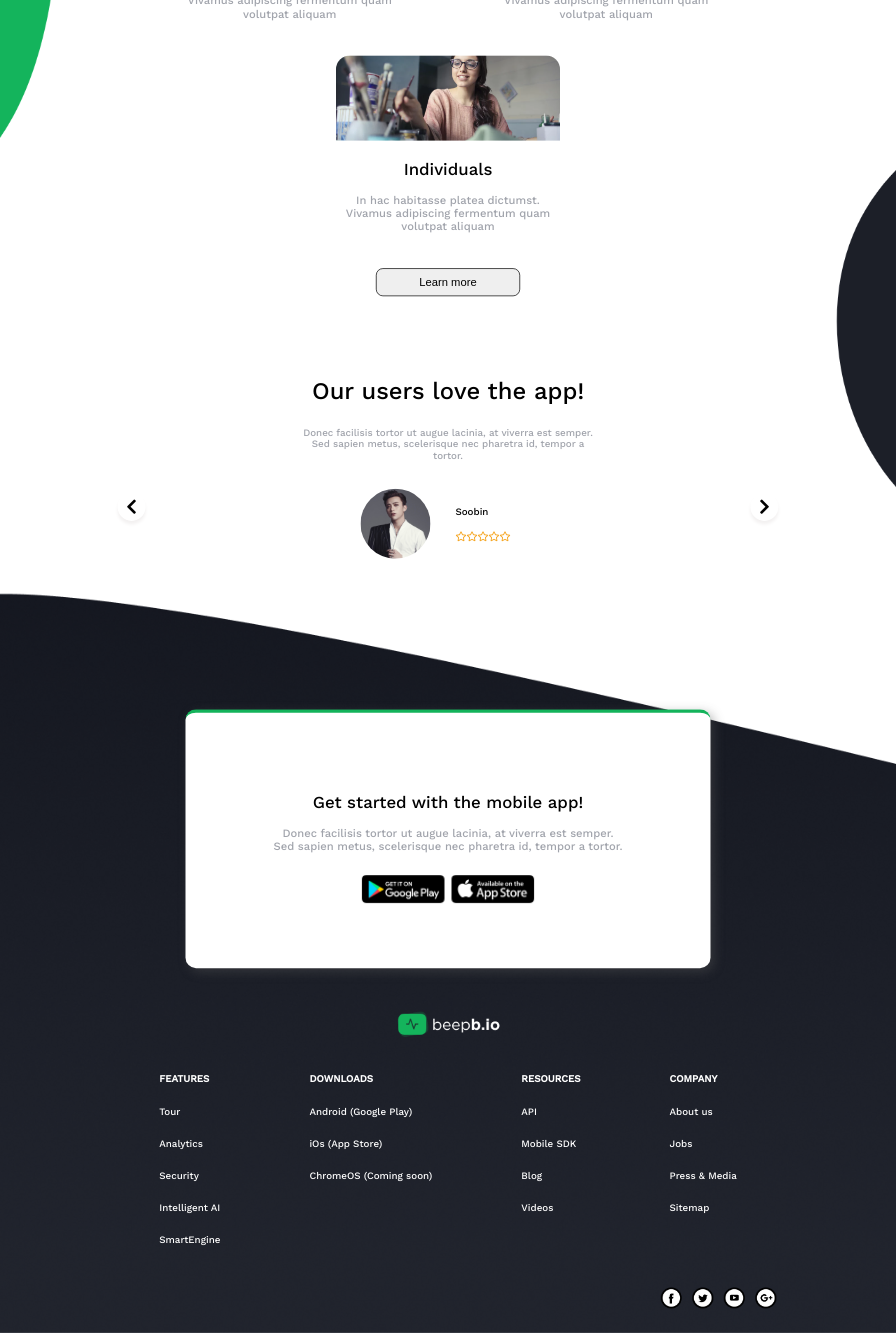
Repository: thinhnguyen347/thinhnguyen347.github.io
Page: cut-html-css/index.html
An editor plug-in stored every save of this project. The page is shown before and after a run of saves, followed by the edit.
The browser window is 1280 px wide. The pictures show the part of the page from y = 2903 to 4823 px (the page is 4807 px tall before and 4823 px after), at 70% of full size.

Above is the page before, as saved 2021-11-14 08:51:01.

### cut-html-css/index.html
<!-- Source: https://www.sketchappsources.com/free-source/3445-mobile-app-landing-page-sketch-freebie-resource.html -->

<!DOCTYPE html>
<html lang="en">

<head>
    <meta charset="UTF-8">
    <meta http-equiv="X-UA-Compatible" content="IE=edge">
    <meta name="viewport" content="width=device-width, initial-scale=1.0">
    <title>Mobile App</title>
    <link rel="shortcut icon" href="https://i.ibb.co/ypjQ3yW/M.png" type="image/x-icon">
    <link rel="stylesheet" href="./css/style.css">
    <link rel="stylesheet" href="./css/style2.css">
    <link rel="stylesheet" type="text/css" href="slick/slick.css" />
    <link rel="stylesheet" href="https://cdnjs.cloudflare.com/ajax/libs/font-awesome/5.15.3/css/all.min.css"
        integrity="sha512-iBBXm8fW90+nuLcSKlbmrPcLa0OT92xO1BIsZ+ywDWZCvqsWgccV3gFoRBv0z+8dLJgyAHIhR35VZc2oM/gI1w=="
        crossorigin="anonymous" />
    <script src="https://ajax.googleapis.com/ajax/libs/jquery/3.6.0/jquery.min.js"></script>

</head>

<body>
    <div class="container1">
        <div class="hero-section">
            <div class="menu-panel-desktop ">
                <div class="logo"><a href="#" target="_self"><img src="img/logo.png" alt="beepb.io" height="40px"></a>
                </div>

                <div class="menu">
                    <ul>
                        <li><a href="#">Features</a></li>
                        <li><a href="#">Benefits</a></li>
                        <li><a href="#">Plans</a></li>
                        <li class="menu-item"><a href="#">Downloads&nbsp;<i class="fas fa-angle-down"></i></a>
                            <ul class="drop-down">
                                <li><a href="#">Android version</a></li>
                                <li><a href="#">iOS version</a></li>
                                <li><a href="#">ChromeOS version</a></li>
                            </ul>
                        </li>
                        <li><a href="#">Support</a></li>
                        <li><button class="get-started fontwhite">Get Started</button></li>
                    </ul>

                </div>
            </div>
            <!-- Mobile menu -->
            <div class="menu-panel-mobile">

                <div class="logo-mobile">
                    <img class="menu-icon" src="https://i.ibb.co/6vzRnYW/menubtn-white.png" alt="menu" width="40px">

                    <a href="#" target="_self"><img src="img/logo.png" alt="beepb.io" height="40px"></a>
                </div>

                <div class="dropdown-mobile-container hide">

                    <div class="dropdown-mobile">
                        <div class="close-btn">
                            <i class="fas fa-times fontwhite"></i>
                        </div>
                        <ul>
                            <li><a href="#">Features</a></li>
                            <li><a href="#">Benefits</a></li>
                            <li><a href="#">Finance</a></li>
                            <li><a href="#">Downloads</a></li>
                            <li><a href="#">Sign In</a></li>
                            <li><button class="get-started-mobile fontwhite">Sign Up</button></li>
                        </ul>
                    </div>
                </div>
            </div>

            <!-- iPhone -->
            <div class="hero-content">
                <div class="hero-content__img">
                    <img class="iphone-x1" src="img/iphone_x.png" alt="mobile-app">
                </div>

                <div class="hero-content__text fontwhite">
                    <h1>Warehouse management</h1>
                    <h1>Made simple.</h1>
                    <p>BeepB lets you take control of your complete ecommerce warehouse and understand how you’re
                        business is holding up.</p>
                    <div class="hero-content__btn">
                        <button class="download fontwhite"><a href="#">Download the app</button></a>
                        <div class="play-icon">
                            <div class="play-icon-container"><i class="fas fa-caret-right"></i></div>
                            <div class="play-icon-text"><a href="#">Watch How it Works</a></div>
                        </div>
                    </div>
                </div>
            </div>

        </div>

        <div class="feature">

            <p>Everything you’ll ever need.</p>
            <div class="f-list">
                <div class="f-items">
                    <div class="f-icon"><img src="./img/shield.png" alt="super-secure"></div>
                    <div>
                        <p class="title">Super Secured</p><br>
                        <p class="f-detail">Donec facilisis tortor ut augue lacinia, at viverra est semper. Sed
                            sapien metus, scelerisque nec pharetra id, tempor a tortor.</p>
                    </div>
                </div>
                <div class="f-items">
                    <div class="f-icon"><img src="./img/bar-chart.png" alt="super-secure"></div>
                    <div>
                        <p class="title">Detailed Analytics</p><br>
                        <p class="f-detail">Donec facilisis tortor ut augue lacinia, at viverra est semper. Sed
                            sapien metus, scelerisque nec pharetra id, tempor a tortor.</p>
                    </div>
                </div>
                <div class="f-items">
                    <div class="f-icon"><img src="./img/box.png" alt="super-secure"></div>
                    <div>
                        <p class="title">For any business</p><br>
                        <p class="f-detail">Donec facilisis tortor ut augue lacinia, at viverra est semper. Sed
                            sapien metus, scelerisque nec pharetra id, tempor a tortor.</p>
                    </div>
                </div>
            </div>
        </div>

    </div>
    <div class="container2">

        <img class="oval-black" src="./img/oval-bl.png" alt="decoration">
        <div class="section2">
            <div class="section2__content">
                <div class="left-panel">
                    <div class="functions-app">
                        <div class="icon"><i class="fas fa-shopping-cart"></i></div>
                        <p class="title">Detailed Order Information</p>
                        <p class="description">Donec facilisis tortor ut augue lacinia, at viverra est semper.</p>
                    </div>
                    <div class="functions-app">
                        <div class="icon"><i class="fas fa-user"></i></div>
                        <p class="title">Detailed Order Information</p>
                        <p class="description">Donec facilisis tortor ut augue lacinia, at viverra est semper.</p>
                    </div>
                </div>
                <div class="middle">
                    <img class="iphone-x3" src="img/iphone_x2.png" alt="mobile-app" width="340px">
                </div>
                <div class="right-panel">
                    <div class="functions-app">
                        <div class="icon"><i class="fas fa-chart-pie"></i></div>
                        <p class="title">Detailed Order Information</p>
                        <p class="description">Donec facilisis tortor ut augue lacinia, at viverra est semper.</p>
                    </div>
                    <div class="functions-app">
                        <div class="icon"><i class="fas fa-brain"></i></div>
                        <p class="title">Detailed Order Information</p>
                        <p class="description">Donec facilisis tortor ut augue lacinia, at viverra est semper.</p>
                    </div>
                </div>
            </div>
            <button class="download2 download fontwhite"><a href="#">Download App</a></button>
        </div>

        <div class="feature2">
            <img class="oval-green" src="./img/oval_gr.png" alt="decoration">
            <p class="business">For every kind of Business &excl;</p>
            <p class="sub-title">Donec facilisis tortor ut augue lacinia, at viverra est semper.</p>
            <div class="f-list">
                <div class="f-items">
                    <div class="img"><img src="./img/startup.png" alt="super-secure" width="320px"> </div>
                    <div>
                        <p class="title pdtop">Startups</p><br>
                        <p class="f-detail">In hac habitasse platea dictumst. Vivamus adipiscing fermentum quam volutpat
                            aliquam</p>
                    </div>
                </div>
                <div class="f-items">
                    <div class="img"><img src="./img/retailer.png" alt="super-secure" width="320px"></div>
                    <div>
                        <p class="title pdtop">Retailers</p><br>
                        <p class="f-detail">In hac habitasse platea dictumst. Vivamus adipiscing fermentum quam volutpat
                            aliquam</p>
                    </div>
                </div>
                <div class="f-items">
                    <div class="img"><img src="./img/indiv.png" alt="super-secure" width="320px"></div>
                    <div>
                        <p class="title pdtop">Individuals</p><br>
                        <p class="f-detail">In hac habitasse platea dictumst. Vivamus adipiscing fermentum quam volutpat
                            aliquam</p>
                    </div>
                </div>
            </div>
            <a href=""><button class="learn-more-btn">Learn more</button></a>
        </div>

        <div class="section3">
            <p class="business">Our users love the app!</p><br><br>
            <!-- Carousel  -->
            <div class="carousel-area">
                <div class="carousel">
                    <div>
                        <div class="review">
                            <p>Donec facilisis tortor ut augue lacinia, at viverra est semper. Sed sapien metus,
                                scelerisque
                                nec pharetra id, tempor a tortor.</p>
                        </div>
                        <div class="rate">
                            <div class="guest"><img src="./img/guest1.jpg" alt="review" width="100px"></div>
                            <div class="personal-rating">
                                <div class="guest-name">
                                    <p>Son Tung</p>
                                </div>
                                <div class="rating">
                                    <i class="far fa-star star-color"></i>
                                    <i class="far fa-star star-color"></i>
                                    <i class="far fa-star star-color"></i>
                                    <i class="far fa-star star-color"></i>
                                    <i class="far fa-star star-color"></i>
                                </div>
                            </div>
                        </div>
                    </div>
                    <div>
                        <div class="review">
                            <p>Donec facilisis tortor ut augue lacinia, at viverra est semper. Sed sapien metus,
                                scelerisque
                                nec pharetra id, tempor a tortor.</p>
                        </div>
                        <div class="rate">
                            <div class="guest"><img src="./img/guest2.jpg" alt="review" width="100px"></div>
                            <div class="personal-rating">
                                <div class="guest-name">
                                    <p>Min</p>
                                </div>
                                <div class="rating">
                                    <i class="far fa-star star-color"></i>
                                    <i class="far fa-star star-color"></i>
                                    <i class="far fa-star star-color"></i>
                                    <i class="far fa-star star-color"></i>
                                    <i class="fas fa-star star-gray"></i>
                                </div>
                            </div>
                        </div>
                    </div>
                    <div>
                        <div class="review">
                            <p>Donec facilisis tortor ut augue lacinia, at viverra est semper. Sed sapien metus,
                                scelerisque
                                nec pharetra id, tempor a tortor.</p>
                        </div>
                        <div class="rate">
                            <div class="guest"><img src="./img/guest3.jpg" alt="review" width="100px"></div>
                            <div class="personal-rating">
                                <div class="guest-name">
                                    <p>Soobin</p>
                                </div>
                                <div class="rating"><i class="far fa-star star-color"></i><i
                                        class="far fa-star star-color"></i><i class="far fa-star star-color"></i><i
                                        class="far fa-star star-color"></i><i class="far fa-star star-color"></i>
                                </div>
                            </div>
                        </div>
                    </div>
                </div>


            </div>
            <!-- End of Carousel  -->
        </div>

        <div class="bg-bottom">

            <div class="dld">
                <div>
                    <p class="title pdtop">Get started with the mobile app!</p><br>
                    <p class="f-detail">Donec facilisis tortor ut augue lacinia, at viverra est semper. Sed sapien
                        metus, scelerisque nec pharetra id, tempor a tortor.</p>
                </div>
                <br><br>
                <img src="./img/gglplay.png" alt="google-play" height="40px">&nbsp;
                <img src="./img/appstore.png" alt="appstore" height="40px">
            </div>


            <div class="container3">

                <div class="logo-footer"><a href="#" target="_self"><img src="img/logo.png" alt="beepb.io"
                            height="40px"></a>
                </div>

                <div class="bottom-panel">
                    <div class="block-end">
                        <div class="bottom-title">FEATURES</div>
                        <div class="item-end"><a href="#">Tour</a></div>
                        <div class="item-end"><a href="#">Analytics</a></div>
                        <div class="item-end"><a href="#">Security</a></div>
                        <div class="item-end"><a href="#">Intelligent AI</a></div>
                        <div class="item-end"><a href="#">SmartEngine</a></div>
                    </div>
                    <div class="block-end">
                        <div class="bottom-title">DOWNLOADS</div>
                        <div class="item-end"><a href="#">Android (Google Play)</a></div>
                        <div class="item-end"><a href="#">iOs (App Store)</a></div>
                        <div class="item-end"><a href="#">ChromeOS (Coming soon)</a></div>
                    </div>
                    <div class="block-end">
                        <div class="bottom-title">RESOURCES</div>
                        <div class="item-end"><a href="#">API</a></div>
                        <div class="item-end"><a href="#">Mobile SDK</a></div>
                        <div class="item-end"><a href="#">Blog</a></div>
                        <div class="item-end"><a href="#">Videos</a></div>
                    </div>
                    <div class="block-end">
                        <div class="bottom-title">COMPANY</div>
                        <div class="item-end"><a href="#">About us</a></div>
                        <div class="item-end"><a href="#">Jobs</a></div>
                        <div class="item-end"><a href="#">Press & Media</a></div>
                        <div class="item-end"><a href="#">Sitemap</a></div>
                    </div>
                </div>

                <div class="social-media">
                    <div class="media-icon"><a href="http://www.facebook.com"><img src="./img/facebook.png"
                                alt="facebook" width="30px"></a></div>
                    <div class="media-icon "><a href="http://www.twitter.com"><img src="./img/twitter.png" alt="twitter"
                                width="30px"></a></div>
                    <div class="media-icon "><a href="http://www.youtube.com"><img src="./img/youtube.png" alt="youtube"
                                width="30px"></a></div>
                    <div class="media-icon"><a href="http://www.google.com"><img src="./img/googleplus.png"
                                alt="google-plus" width="30px"></a></div>
                </div>
            </div>
        </div>
    </div>
    <!-- SCRIPT -->

    <script src="https://code.jquery.com/jquery-3.6.0.slim.js"
        integrity="sha256-HwWONEZrpuoh951cQD1ov2HUK5zA5DwJ1DNUXaM6FsY=" crossorigin="anonymous"></script>
    <script type="text/javascript" src="slick/slick.min.js"></script>
    <script src="./main.js"></script>

</body>

</html>

### cut-html-css/css/style2.css
@media (max-width: 480px) {
  .menu-icon {
    width: 25px;
    height: 25px;
    transform: translateY(25%);
    -webkit-transform: translateY(25%);
    -moz-transform: translateY(25%);
    -ms-transform: translateY(25%);
    -o-transform: translateY(25%);
  }

  .logo-mobile > a > img {
    width: 140px;
  }

  .hero-content__img > img {
    max-width: 300px;
  }

  .hero-content__text {
    width: auto;
    padding: 0;
    flex-direction: column;
  }

  .hero-content__btn {
    flex-direction: column;
  }

  .feature p {
    color: black !important;
  }

  .business {
    margin: auto 10px;
  }

  .prevArrow,
  .nextArrow {
    display: none;
  }

  .f-list {
    margin: auto 15px;
  }

  .play-icon {
    padding-top: 0;
    padding-bottom: 0;
  }

  .iphone-x3 {
    width: 300px;
  }

  .description {
    padding-top: 20px;
  }

  .title {
    text-align: center;
  }
}

@media (max-width: 768px) {
  .prevArrow,
  .nextArrow {
    display: none;
  }

  .hero-content {
    margin: 60px 15px 0 15px;
    flex-direction: column-reverse;
    gap: 60px;
  }

  .hero-content__text > h1 {
    text-align: center;
  }

  .iphone,
  .menu-panel-desktop {
    display: none;
  }

  .feature p {
    color: black !important;
  }

  .menu-panel-mobile {
    display: block;
  }

  .play-icon {
    justify-content: center;
    padding-top: 0;
    padding-bottom: 0;
    width: 100%;
  }

  .feature > p {
    font-size: 34px;
    padding-top: 60px;
    padding-bottom: 60px;
  }

  .feature {
    width: auto;
  }

  .f-list {
    display: flex;
    justify-content: space-around;
    margin: auto 15px;
  }

  .container3 {
    background-color: #1e202a;
    border-radius: 10px;
  }
  .section2,
  .section3 {
    background-image: none;
  }

  .oval-green,
  .oval-black {
    display: none;
  }

  .download2 {
    margin: 40px auto;
  }

  .feature2 {
    width: auto;
  }
  .carousel {
    width: 95%;
  }

  .business {
    padding-top: 20px !important;
  }

  .review {
    width: 95%;
  }

  .dld {
    width: 100%;
    margin: 40px auto 40px auto;
  }

  .bottom-panel {
    width: 100%;
    justify-content: space-around;
  }

  .block-end {
    width: 40%;
    text-align: center;
    padding-bottom: 50px;
  }

  .social-media {
    width: 100%;
    display: flex;
    flex-direction: row;
    justify-content: center;
    margin: auto;
    padding: 0 0 20px 0;
  }

  .section2__content {
    padding-top: 100px;
    flex-direction: column;
    margin: auto;
  }
}

@media (max-width: 1200px) {
  .menu-panel-desktop {
    padding: 60px 50px 90px 50px;
  }

  .hero-content {
    gap: 30px;
  }

  .hero-section {
    height: auto;
  }
}

@media (max-width: 1400px) {
  .section2,
  .feature2,
  .bg-bottom {
    padding: 15px;
  }

  .section3 {
    background-image: none;
  }

  .menu-panel-desktop {
    padding: 60px 50px 90px 50px;
  }

  .menu {
    width: 100%;
  }

  .get-started {
    width: 100px;
  }

  .page1 {
    width: 100%;
    display: flex;
    justify-content: space-around;
  }

  .feature {
    width: 100%;
  }

  .icon {
    margin: auto;
  }

  .business {
    padding-top: 50px !important;
  }

  .download2 {
    margin: 20px auto !important;
  }
}

Loaded but not shown: cut-html-css/slick/slick.css (common file); cut-html-css/slick/slick.min.js (library); cut-html-css/main.js (50 lines, source omitted); cut-html-css/css/style.css (649 lines, source omitted)

After the next 2 saves:
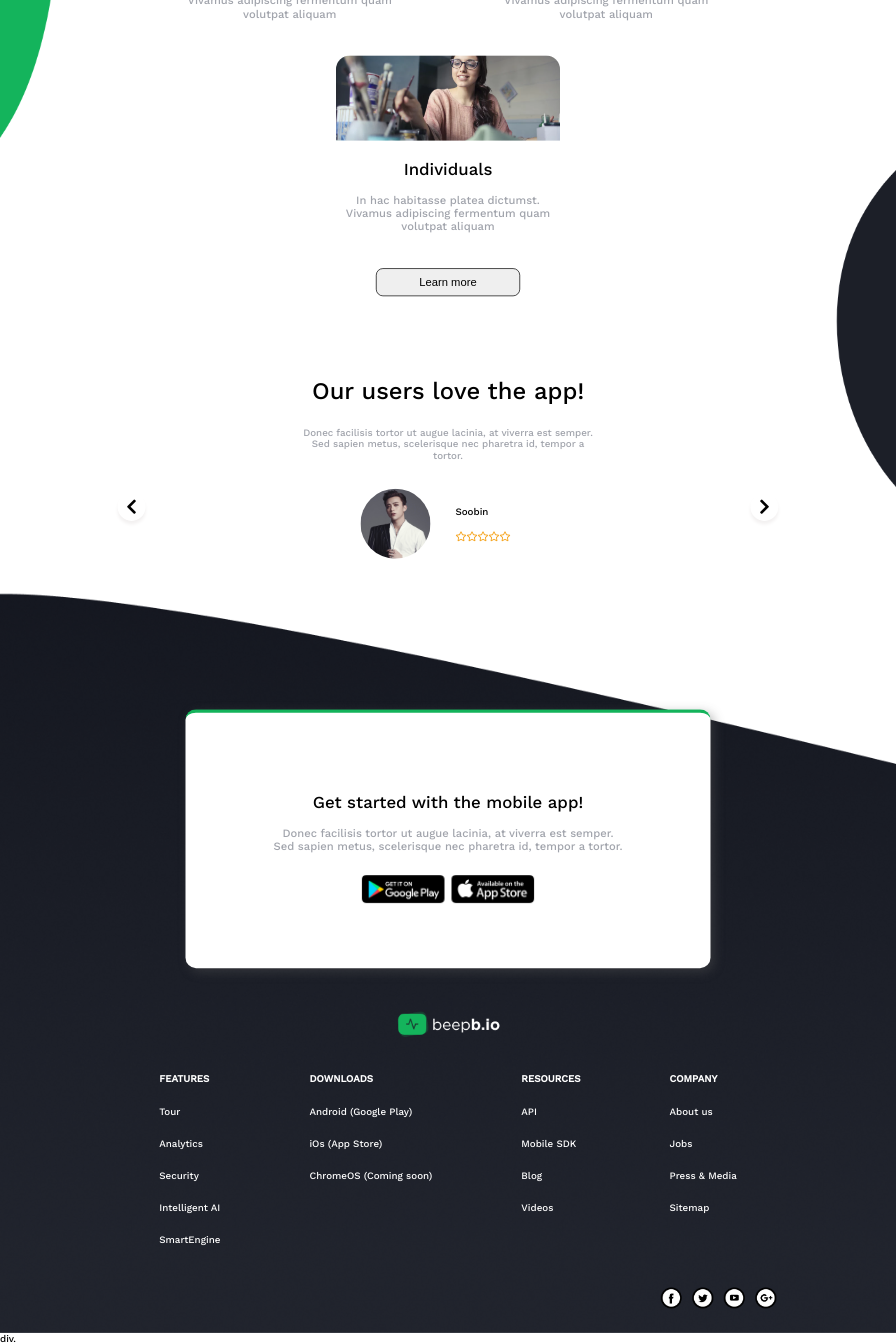
The 2 saves are shown as one change because they came seconds apart.
The last was saved 4 min 16 s later.
--- a/cut-html-css/index.html
+++ b/cut-html-css/index.html
@@ -334,6 +334,7 @@
             </div>
         </div>
     </div>
+    div.
     <!-- SCRIPT -->
 
     <script src="https://code.jquery.com/jquery-3.6.0.slim.js"
